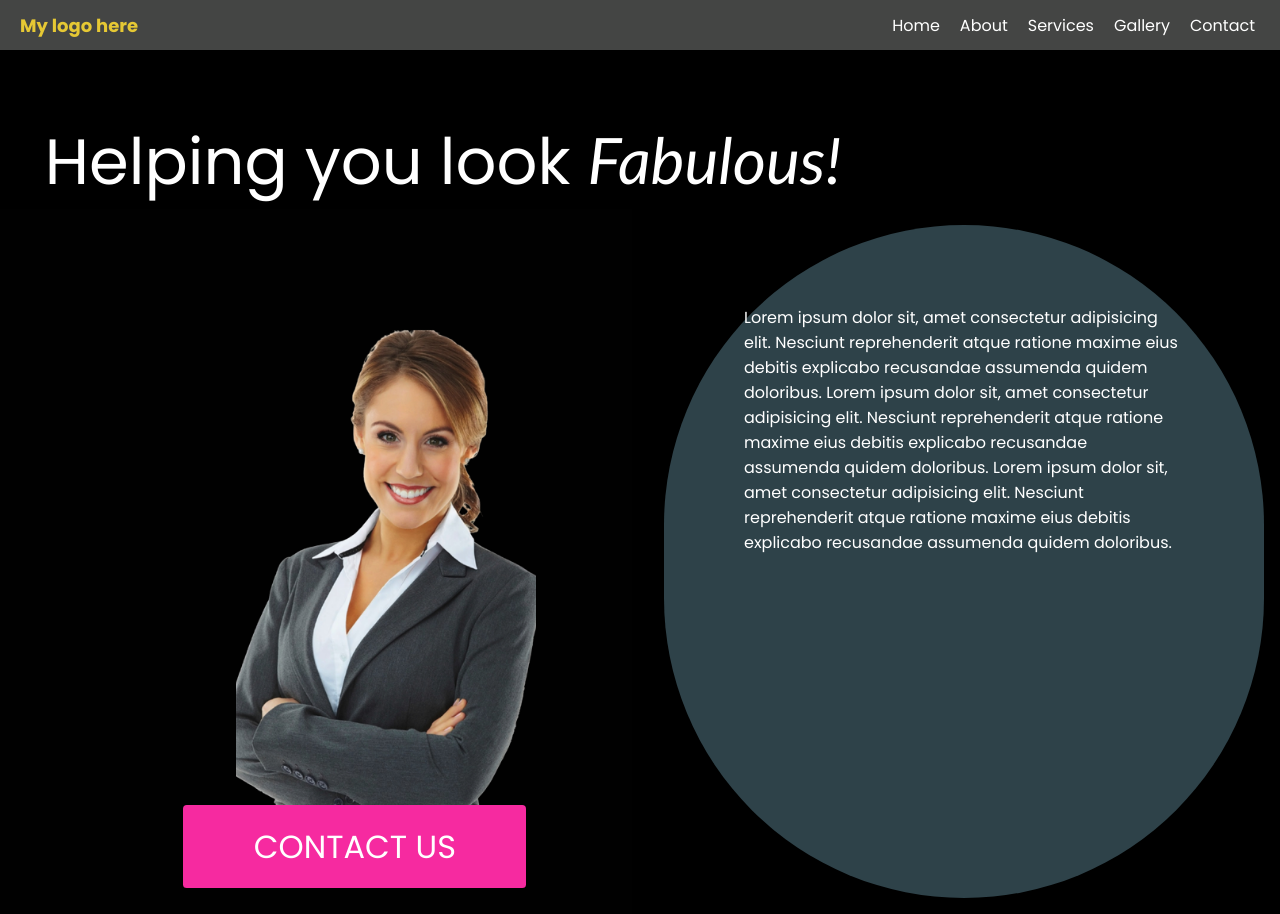
Repository: buzzedison/gardens
Page: index.html
These files come from the project's save history. The page is drawn as it stood at one moment and after the next save; the edit follows.
The browser window is 1280 px wide. The pictures show the whole page.

Above is the page before, as saved 2022-01-12 20:00:36.

After the next save:
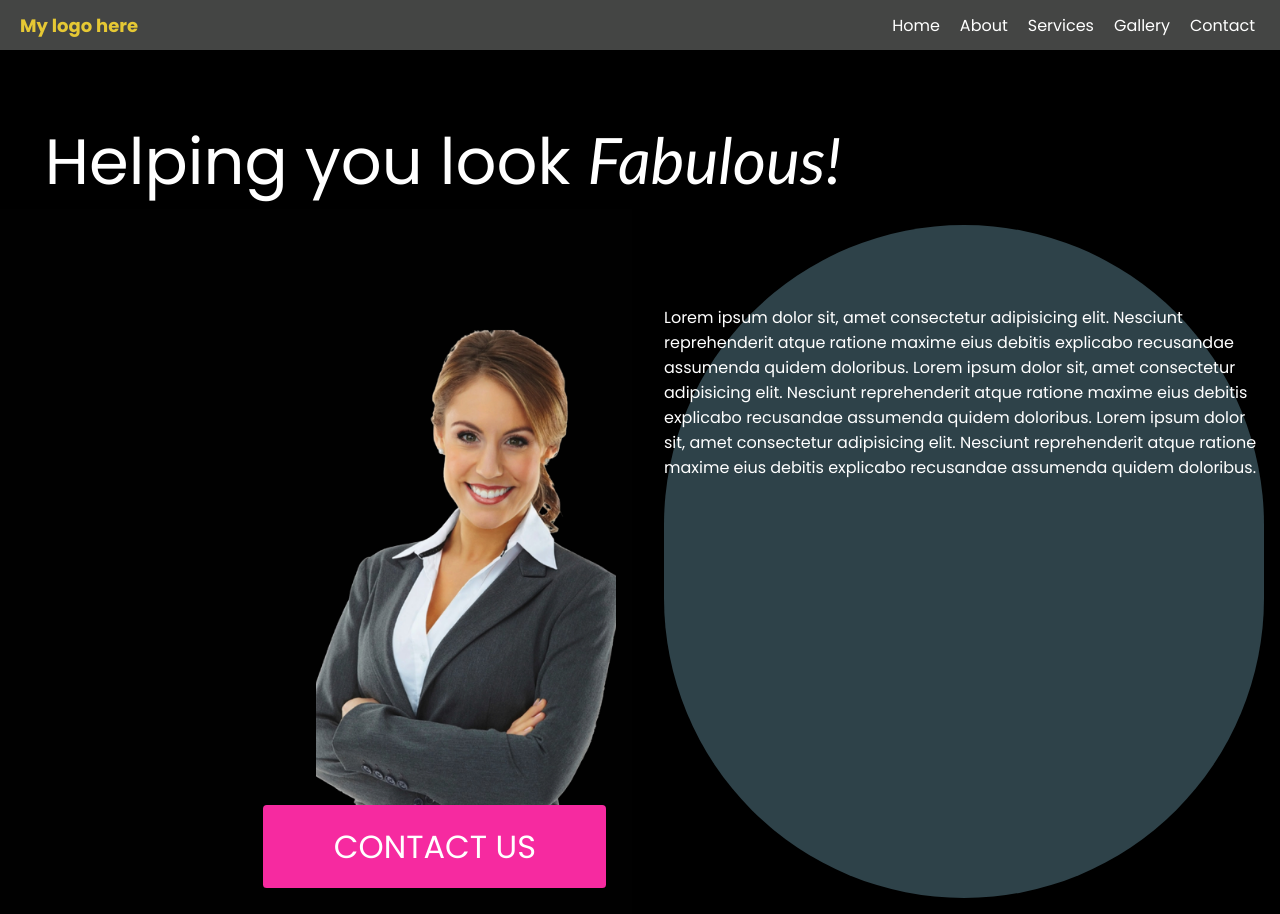
Saved 18 s later.
--- a/css/styles.css
+++ b/css/styles.css
@@ -160,8 +160,10 @@
 }
 
 .text-grid {
-  padding: 5em;
+  padding-top: 5em;
   color:white;
+
+
 
 
 

After the save that followed:
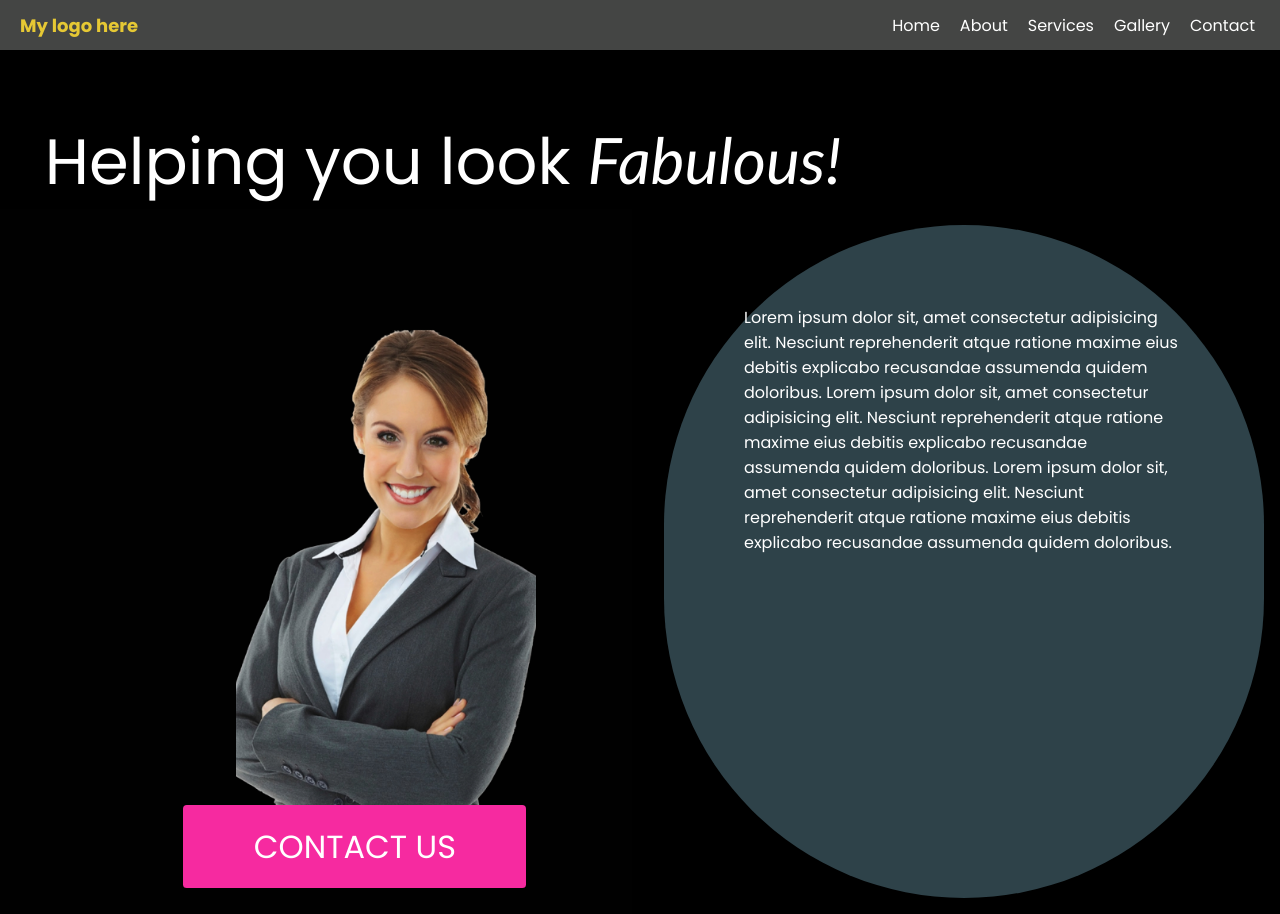
Saved 35 s later.
--- a/css/styles.css
+++ b/css/styles.css
@@ -160,7 +160,7 @@
 }
 
 .text-grid {
-  padding-top: 5em;
+  padding: 5em;
   color:white;
 
 
